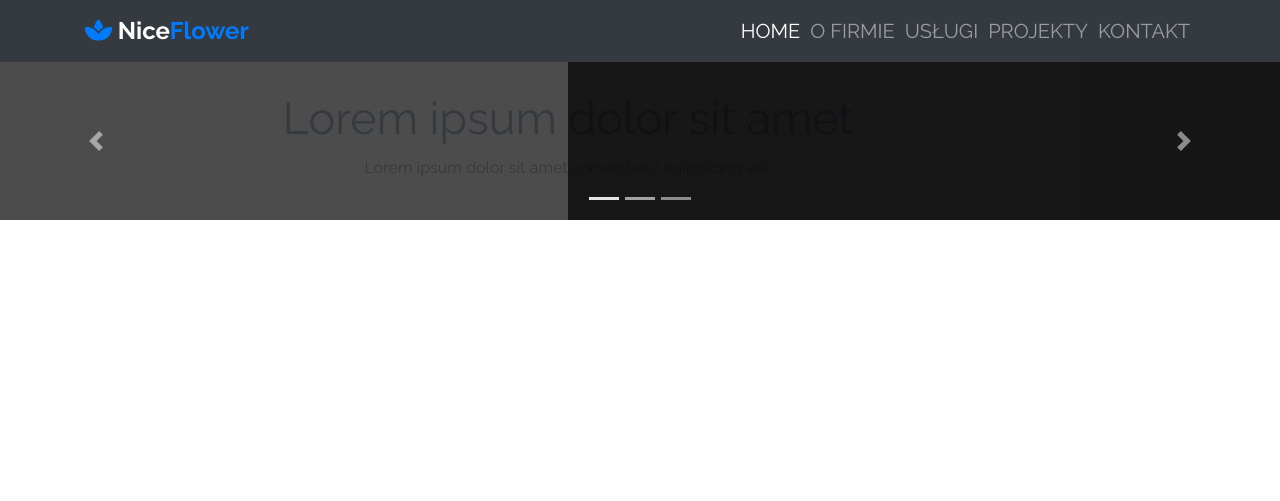
Repository: KrzysKolo/Projekt-13_Kwiaciarnia
Page: index.html
These files come from the project's save history. The page is drawn as it stood at one moment and after the next save; the edit follows.
The browser window is 1280 px wide. The pictures show the whole page.
Some web libraries are served in a nearby version.

Above is the page before, as saved 2020-08-08 07:31:24.

After the next save:
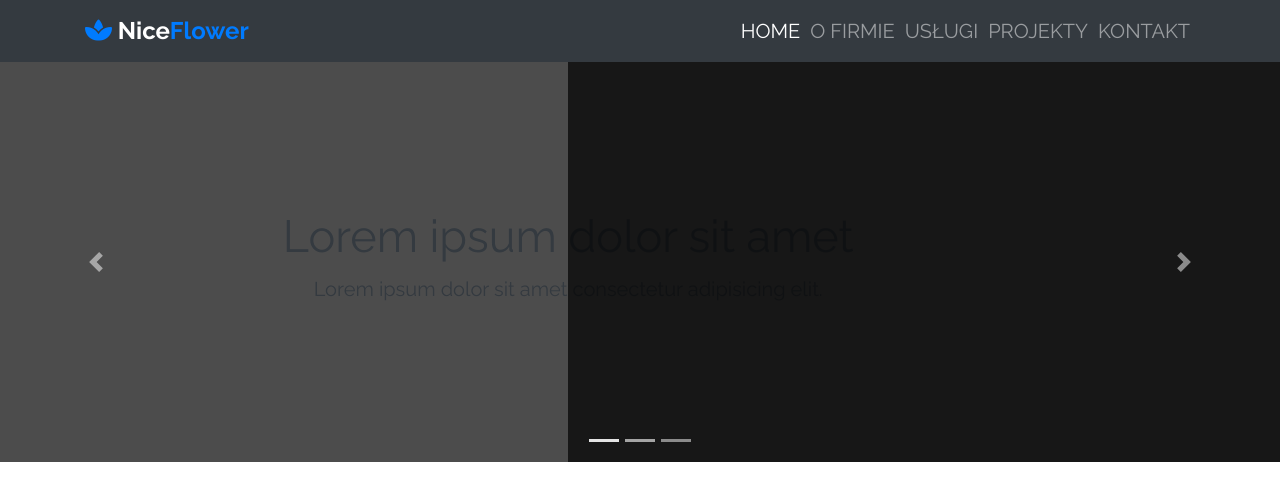
Saved 2 min 25 s later.
--- a/style.css
+++ b/style.css
@@ -36,3 +36,13 @@ nav {
 /* ----------- */
 /*    header   */
 /* ----------- */
+header {
+  font-size: 2rem;
+}
+.carousel-item {
+  position: relative;
+  height: 400px;
+  background-position: center;
+  background-size: cover;
+  z-index: 0;
+}
